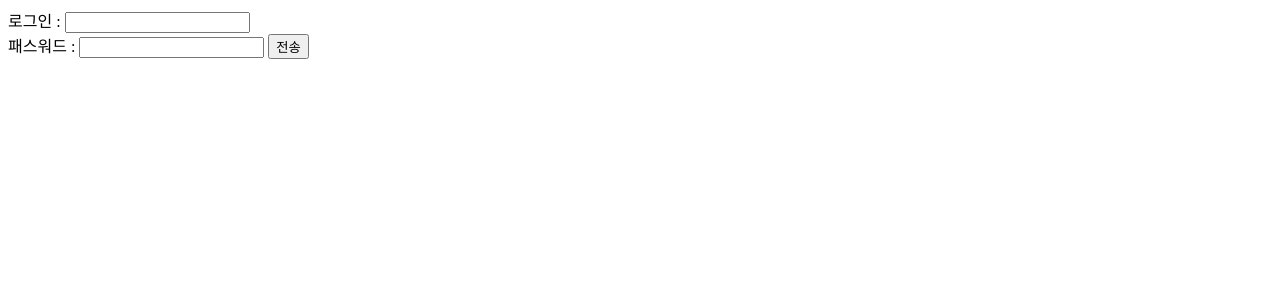
Repository: sagong0/servelet_home
Page: web/src/main/webapp/test.html
The author's editor kept a copy of each file at every save. The page is drawn from the files as they stood at one save, then again after the next save.
The browser window is 1280 px wide. The pictures show the whole page.

Above is the page before, as saved 2023-08-08 13:11:34.

After the next save:
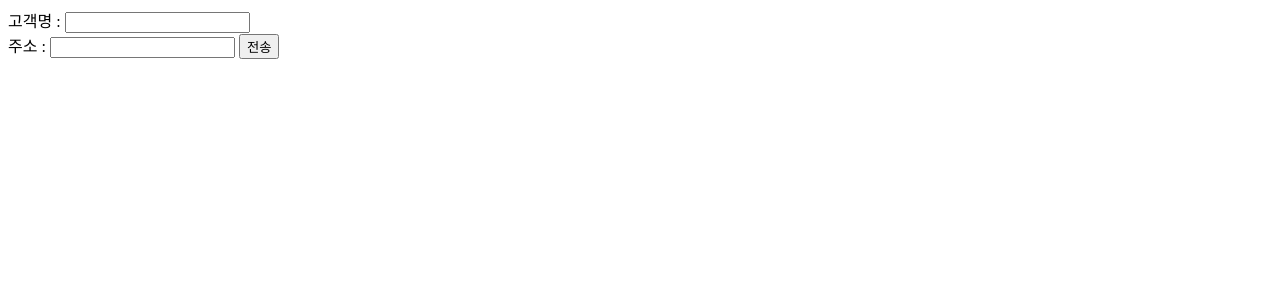
Saved 41 s later.
--- a/web/src/main/webapp/test.html
+++ b/web/src/main/webapp/test.html
@@ -6,8 +6,8 @@
 </head>
 <body>
 	<form id="f" method="get" action="./test_ok.do">
-		로그인 : <input type="text" id="mid" name="idid"><br/>
-		패스워드 : <input type="password" id="mpass" name="pwpw">
+		고객명 : <input type="text" id="name" name="name"><br/>
+		주소 : <input type="text" id="address" name="adress">
 
 		 <input type="button" value="전송" onclick="play()">
 	 </form>
